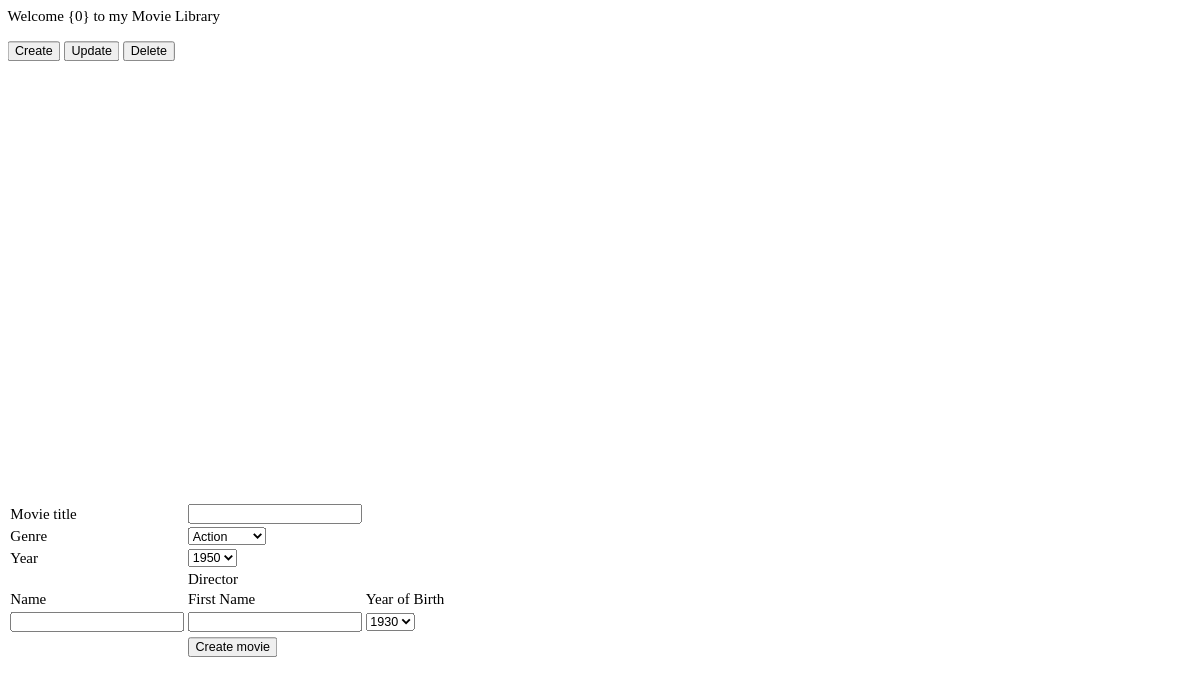
Repository: Romanetvin/InteractMovieLibrary
Page: http://localhost/Interact/views/home.jsp
The author's editor kept a copy of each file at every save. The page is drawn from the files as they stood at one save, then again after the next save.
The browser window is 1280 px wide. The pictures show the whole page, at 94% of full size.
The page is served by Tomcat 9. Other server files are loaded and not shown.

Above is the page before, as saved 2017-02-01 14:28:23.

### Interact/src/main/webapp/views/home.jsp
<%@ page language="java" contentType="text/html; charset=UTF-8" isELIgnored="false"
    pageEncoding="UTF-8"%>
<%@taglib uri="http://www.springframework.org/tags" prefix="spring"%>
<!DOCTYPE html PUBLIC "-//W3C//DTD HTML 4.01 Transitional//EN" "http://www.w3.org/TR/html4/loose.dtd">
<html>
<head>
<meta http-equiv="Content-Type" content="text/html; charset=UTF-8">
<title><spring:message code="homePage.title"/></title>
</head>
<body>
	<spring:message code="homePage.label.welcome" arguments="${user}"/>

	<br>
	<br>


	<a ref="#movieForm"><button><spring:message code="homePage.label.create"></spring:message></button></a>

	<a ref="/movie/update"><button><spring:message code="homePage.label.update"></spring:message></button></a>

	<a ref="/movie/delete"><button><spring:message code="homePage.label.delete"></spring:message></button></a>

	<br>
	<br>
	<br>
	<br>
	<br>
	<br><br>
	<br>
	<br><br>
	<br>
	<br><br>
	<br>
	<br><br>
	<br>
	<br><br>
	<br>
	<br><br>
	<br>
	<br><br>
	<br>
	<br>



	<form action="/movie/add" id="movieForm">
		<table border="0">
			<tr>
				<td>Movie title</td>
				<td><input type="text"/></td>
			</tr>
			<tr>
				<td>Genre </td>
				<td><select>
					<option>Action</option>
					<option>Adventure</option>
					<option>Comedy</option>
					<option>Crime</option>
					<option>Drama</option>
					<option>SciFi</option>
					<option>Western</option>
				</select></td>
				</tr>
				<tr>
					<td>Year</td>
					<td>
						<select>
					<%for(int i = 1950; i<2018;i++){ %>
						<option name="year" value="<%=i%>"><%=i%></option>
					<%} %>
						</select>
					</td>
				</tr>
				<tr>
					<td></td><td> Director</td>
				</tr>
				<tr>
					<td>Name</td><td>First Name</td><td>Year of Birth</td>
				</tr>
				<tr>
					<td><input type="text" name="directorName"></td><td><input type="text" name="directorFN"></td><td><select>
					<%for(int i = 1930; i<2001;i++){ %>
						<option name="directorYoB" value="<%=i%>"><%=i%></option>
					<%} %>
						</select></td>
				</tr>
				<tr></tr>
				<tr><td></td><td><input type="submit" name="movieForm"value="Create movie"></td></tr>

			</table>

	</form>
</body>
</html>

After the next save:
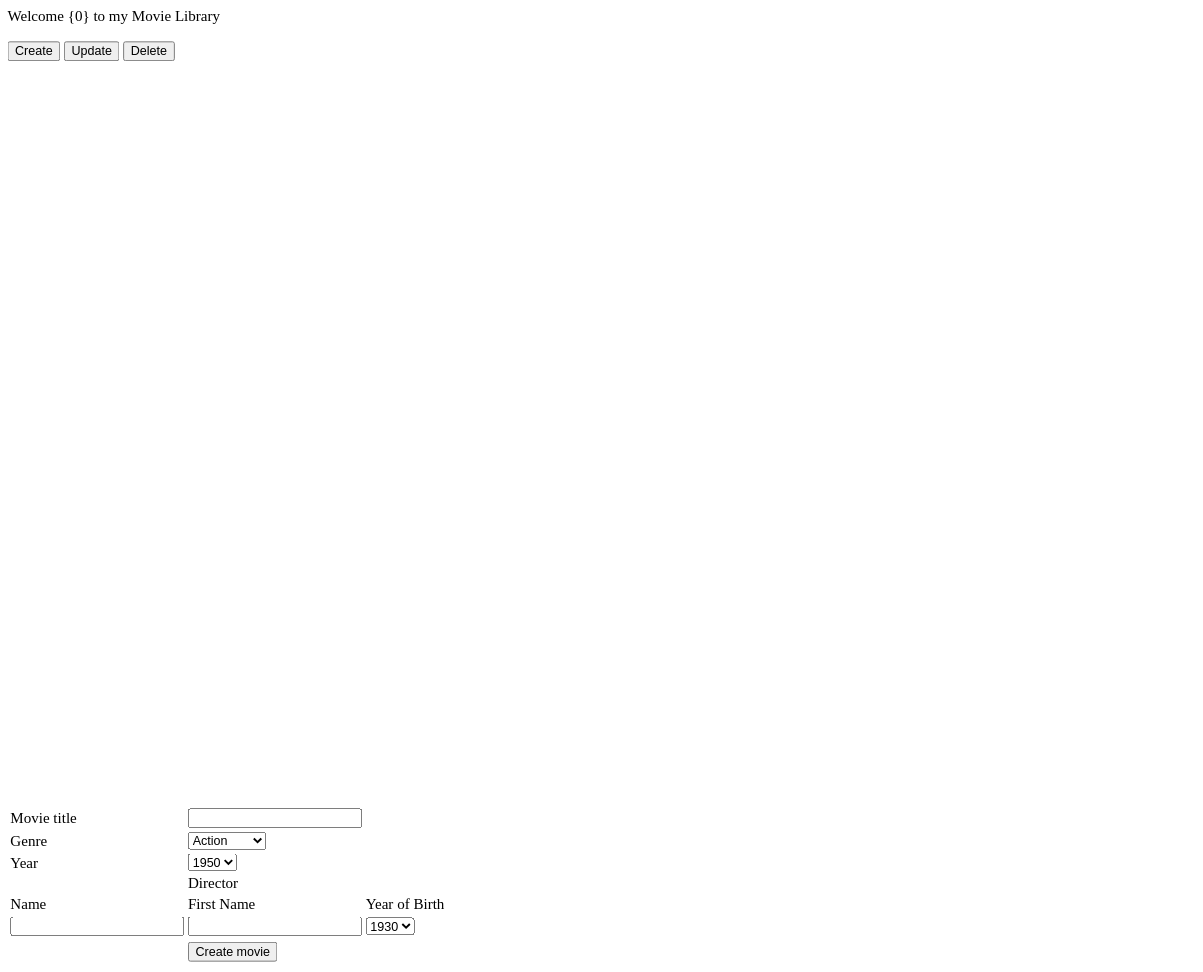
Saved 11 s later.
--- a/Interact/src/main/webapp/views/home.jsp
+++ b/Interact/src/main/webapp/views/home.jsp
@@ -24,6 +24,18 @@
 	<br>
 	<br>
 	<br>
+	<br>
+	<br><br>
+	<br>
+	<br><br>
+	<br>
+	<br><br>
+	<br>
+	<br><br>
+	<br>
+	<br><br>
+	<br>
+	<br><br>
 	<br>
 	<br><br>
 	<br>
